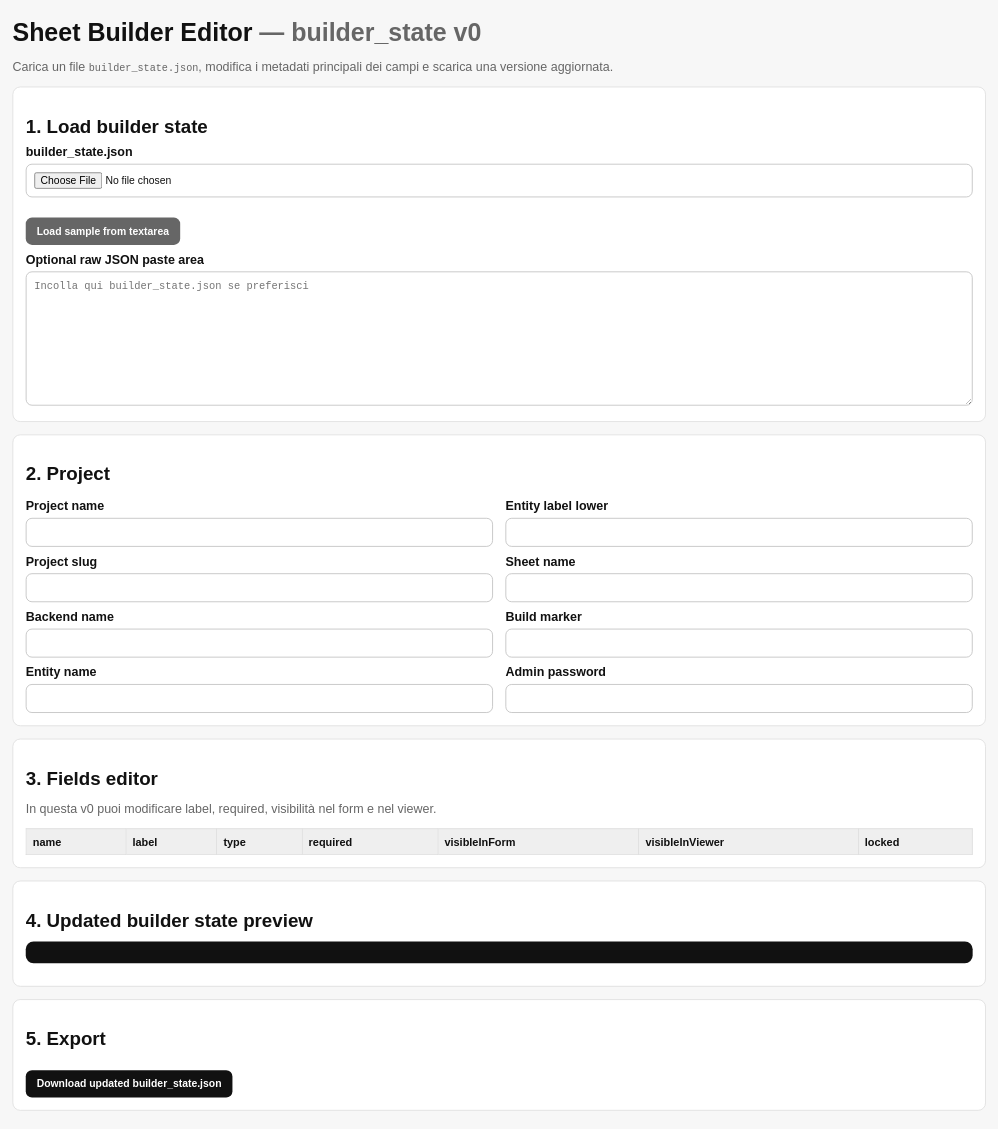
Repository: progettazionemauro/sheets.builder
Page: docs/builder.html
An editor plug-in stored every save of this project. The page is shown before and after a run of saves, followed by the edit.
The browser window is 1280 px wide. The pictures show the whole page, at 78% of full size.

Above is the page before, as saved 2026-04-13 19:21:34.

### docs/builder.html
<!doctype html>
<html lang="it">
<head>
  <meta charset="utf-8" />
  <meta name="viewport" content="width=device-width, initial-scale=1" />
  <title>Sheet Builder Editor</title>
  <style>
    body {
      font-family: Arial, sans-serif;
      max-width: 1280px;
      margin: 24px auto;
      padding: 0 16px;
      background: #f7f7f7;
      color: #111;
    }

    h1, h2, h3 {
      margin-bottom: 8px;
    }

    .muted {
      color: #666;
    }

    .card {
      background: #fff;
      border: 1px solid #ddd;
      border-radius: 10px;
      padding: 16px;
      margin: 16px 0;
    }

    label {
      display: block;
      margin: 10px 0 6px;
      font-weight: bold;
    }

    input, textarea, select {
      width: 100%;
      box-sizing: border-box;
      padding: 10px;
      border: 1px solid #bbb;
      border-radius: 8px;
      background: #fff;
    }

    button {
      margin-top: 14px;
      padding: 10px 14px;
      border: 0;
      border-radius: 8px;
      background: #111;
      color: #fff;
      font-weight: bold;
      cursor: pointer;
    }

    button.secondary {
      background: #666;
    }

    button:disabled {
      opacity: .6;
      cursor: not-allowed;
    }

    .grid {
      display: grid;
      grid-template-columns: 1fr 1fr;
      gap: 16px;
    }

    .actions {
      display: flex;
      gap: 10px;
      flex-wrap: wrap;
      margin-top: 12px;
      align-items: center;
    }

    pre {
      background: #111;
      color: #d8ffd8;
      padding: 14px;
      border-radius: 10px;
      overflow: auto;
      white-space: pre-wrap;
    }

    table {
      width: 100%;
      border-collapse: collapse;
      margin-top: 10px;
      background: #fff;
    }

    th, td {
      border: 1px solid #ddd;
      padding: 8px;
      font-size: 14px;
      text-align: left;
      vertical-align: top;
    }

    th {
      background: #efefef;
    }

    .readonly-cell {
      background: #f3f3f3;
      color: #666;
    }

    .tiny {
      font-size: 12px;
      color: #666;
      line-height: 1.4;
    }

    .ok {
      color: #0a6;
      font-weight: bold;
    }

    .err {
      color: #b00;
      font-weight: bold;
    }
  </style>
</head>
<body>

  <h1>Sheet Builder Editor <span class="muted">— builder_state v0</span></h1>
  <p class="muted">
    Carica un file <code>builder_state.json</code>, modifica i metadati principali dei campi e scarica una versione aggiornata.
  </p>

  <div class="card">
    <h2>1. Load builder state</h2>

    <label for="fileInput">builder_state.json</label>
    <input id="fileInput" type="file" accept=".json,application/json" />

    <div class="actions">
      <button id="loadSampleBtn" type="button" class="secondary">Load sample from textarea</button>
      <span id="loadStatus" class="muted"></span>
    </div>

    <label for="rawJsonInput">Optional raw JSON paste area</label>
    <textarea id="rawJsonInput" rows="10" placeholder='Incolla qui builder_state.json se preferisci'></textarea>
  </div>

    <div class="card">
    <h2>2. Project</h2>

    <div class="grid">
      <div>
        <label for="projectName">Project name</label>
        <input id="projectName" />

        <label for="projectSlug">Project slug</label>
        <input id="projectSlug" />

        <label for="backendName">Backend name</label>
        <input id="backendName" />

        <label for="entityName">Entity name</label>
        <input id="entityName" />
      </div>

      <div>
        <label for="entityLabelLower">Entity label lower</label>
        <input id="entityLabelLower" />

        <label for="sheetName">Sheet name</label>
        <input id="sheetName" />

        <label for="buildMarker">Build marker</label>
        <input id="buildMarker" />

        <label for="adminPassword">Admin password</label>
        <input id="adminPassword" />
      </div>
    </div>
  </div>

  <div class="card">
    <h2>3. Fields editor</h2>
    <p class="muted">
      In questa v0 puoi modificare label, required, visibilità nel form e nel viewer.
    </p>

    <table id="fieldsTable">
      <thead>
        <tr>
          <th>name</th>
          <th>label</th>
          <th>type</th>
          <th>required</th>
          <th>visibleInForm</th>
          <th>visibleInViewer</th>
          <th>locked</th>
        </tr>
      </thead>
      <tbody></tbody>
    </table>
  </div>

  <div class="card">
    <h2>4. Updated builder state preview</h2>
    <pre id="stateOut"></pre>
  </div>

  <div class="card">
    <h2>5. Export</h2>
    <div class="actions">
      <button id="downloadBtn" type="button">Download updated builder_state.json</button>
      <span id="downloadStatus" class="muted"></span>
    </div>
  </div>

<script>
  let builderState = null;

  function setStatus(id, msg, cls = "muted") {
    const el = document.getElementById(id);
    el.textContent = msg;
    el.className = cls;
  }

  function deepClone(obj) {
    return JSON.parse(JSON.stringify(obj));
  }

  function normalizeBool(value) {
    return value === true;
  }

  function ensureBuilderStateShape(state) {
    if (!state || typeof state !== "object") {
      throw new Error("JSON non valido: root non oggetto");
    }

    if (!state.project || typeof state.project !== "object") {
      state.project = {};
    }

    if (!Array.isArray(state.fields)) {
      state.fields = [];
    }

    if (!state.constraints || typeof state.constraints !== "object") {
      state.constraints = {};
    }

    if (!state.enums || typeof state.enums !== "object") {
      state.enums = {};
    }

    if (!state.enumStyles || typeof state.enumStyles !== "object") {
      state.enumStyles = {};
    }

    if (!state.lists || typeof state.lists !== "object") {
      state.lists = {};
    }

    if (!state.options || typeof state.options !== "object") {
      state.options = {};
    }

    state.fields = state.fields.map(field => {
      const f = { ...field };
      f.name = String(f.name || "").trim();
      f.label = String(f.label || f.name || "").trim();
      f.type = String(f.type || "string").trim();
      f.required = normalizeBool(f.required);
      f.computed = normalizeBool(f.computed);
      f.visibleInForm = normalizeBool(f.visibleInForm);
      f.visibleInViewer = normalizeBool(f.visibleInViewer);
      f.locked = normalizeBool(f.locked);
      if (!Array.isArray(f.enumValues)) f.enumValues = [];
      return f;
    });

    recomputeListsFromFields(state);
    return state;
  }

  function recomputeListsFromFields(state) {
    const headers = [];
    const requiredOnInsert = [];
    const optionalOnInsert = [];
    const computed = [];
    const visibleInForm = [];
    const visibleInViewer = [];
    const enums = {};
    const enumStyles = state.enumStyles || {};

    for (const field of state.fields) {
      headers.push(field.name);

      if (field.computed) {
        computed.push(field.name);
      } else if (field.required) {
        requiredOnInsert.push(field.name);
      } else {
        optionalOnInsert.push(field.name);
      }

      if (field.visibleInForm) {
        visibleInForm.push(field.name);
      }

      if (field.visibleInViewer) {
        visibleInViewer.push(field.name);
      }

      if (field.type === "enum" && Array.isArray(field.enumValues) && field.enumValues.length) {
        enums[field.name] = field.enumValues.slice();
      }

      if (field.type === "enum" && enumStyles[field.name] && !field.enumStyles) {
        field.enumStyles = enumStyles[field.name];
      }
    }

    state.enums = enums;
    state.lists = {
      headers,
      requiredOnInsert,
      optionalOnInsert,
      computed,
      visibleInForm,
      visibleInViewer
    };
  }

  function renderProject() {
    const p = builderState.project || {};
    document.getElementById("projectName").value = p.projectName || "";
    document.getElementById("projectSlug").value = p.projectSlug || "";
    document.getElementById("backendName").value = p.backendName || "";
    document.getElementById("entityName").value = p.entityName || "";
    document.getElementById("entityLabelLower").value = p.entityLabelLower || "";
    document.getElementById("sheetName").value = p.sheetName || "";
    document.getElementById("buildMarker").value = p.buildMarker || "";
    document.getElementById("adminPassword").value = p.adminPassword || "";
  }

  function renderFieldsTable() {
    const tbody = document.querySelector("#fieldsTable tbody");
    tbody.innerHTML = "";

    builderState.fields.forEach((field, idx) => {
      const tr = document.createElement("tr");

      tr.innerHTML = `
        <td class="${field.locked ? "readonly-cell" : ""}">
          <input data-key="name" data-index="${idx}" value="${escapeHtml(field.name)}" ${field.locked ? "readonly" : ""} />
        </td>
        <td>
          <input data-key="label" data-index="${idx}" value="${escapeHtml(field.label || "")}" />
        </td>
        <td class="${field.locked ? "readonly-cell" : ""}">
          <input data-key="type" data-index="${idx}" value="${escapeHtml(field.type)}" ${field.locked ? "readonly" : ""} />
        </td>
        <td>
          <select data-key="required" data-index="${idx}" ${field.computed ? "disabled" : ""}>
            <option value="false" ${field.required ? "" : "selected"}>NO</option>
            <option value="true" ${field.required ? "selected" : ""}>YES</option>
          </select>
        </td>
        <td>
          <select data-key="visibleInForm" data-index="${idx}" ${field.computed ? "disabled" : ""}>
            <option value="false" ${field.visibleInForm ? "" : "selected"}>NO</option>
            <option value="true" ${field.visibleInForm ? "selected" : ""}>YES</option>
          </select>
        </td>
        <td>
          <select data-key="visibleInViewer" data-index="${idx}">
            <option value="false" ${field.visibleInViewer ? "" : "selected"}>NO</option>
            <option value="true" ${field.visibleInViewer ? "selected" : ""}>YES</option>
          </select>
        </td>
        <td class="readonly-cell">${field.locked ? "YES" : "NO"}</td>
      `;

      tbody.appendChild(tr);
    });

    bindFieldEvents();
  }

  function bindFieldEvents() {
    document.querySelectorAll("[data-key]").forEach(el => {
      const key = el.dataset.key;
      const idx = Number(el.dataset.index);
      const field = builderState.fields[idx];

      if (el.tagName === "INPUT") {
        el.addEventListener("input", () => {
          field[key] = el.value;
          recomputeListsFromFields(builderState);
          renderPreviewOnly();
        });
        return;
      }

      if (el.tagName === "SELECT") {
        el.addEventListener("change", () => {
          field[key] = el.value === "true";

          if (key === "required" && field.computed) {
            field.required = false;
          }

          if (key === "visibleInForm" && field.computed) {
            field.visibleInForm = false;
          }

          recomputeListsFromFields(builderState);
          renderPreviewOnly();
        });
      }
    });
  }

  function bindProjectEvents() {
    const mapping = [
      "projectName",
      "projectSlug",
      "backendName",
      "entityName",
      "entityLabelLower",
      "sheetName",
      "buildMarker",
      "adminPassword"
    ];

    mapping.forEach(key => {
      const el = document.getElementById(key);
      el.addEventListener("input", () => {
        builderState.project[key] = el.value;
        renderPreviewOnly();
      });
    });
  }

  function renderPreviewOnly() {
    document.getElementById("stateOut").textContent =
      JSON.stringify(builderState, null, 2);
  }

  function renderAll() {
    renderProject();
    renderFieldsTable();
    renderPreviewOnly();
  }

  function escapeHtml(value) {
    return String(value ?? "")
      .replace(/&/g, "&amp;")
      .replace(/</g, "&lt;")
      .replace(/>/g, "&gt;")
      .replace(/"/g, "&quot;");
  }

  async function loadFromFile(file) {
    const text = await file.text();
    const parsed = JSON.parse(text);
    builderState = ensureBuilderStateShape(parsed);
    renderAll();
    setStatus("loadStatus", "builder_state.json caricato", "ok");
  }

  document.getElementById("fileInput").addEventListener("change", async (e) => {
    const file = e.target.files && e.target.files[0];
    if (!file) return;

    try {
      await loadFromFile(file);
    } catch (err) {
      setStatus("loadStatus", "Errore: " + err.message, "err");
    }
  });

  document.getElementById("loadSampleBtn").addEventListener("click", () => {
    try {
      const raw = document.getElementById("rawJsonInput").value.trim();
      if (!raw) throw new Error("Area JSON vuota");

      const parsed = JSON.parse(raw);
      builderState = ensureBuilderStateShape(parsed);
      renderAll();
      setStatus("loadStatus", "JSON incollato caricato", "ok");
    } catch (err) {
      setStatus("loadStatus", "Errore: " + err.message, "err");
    }
  });

  document.getElementById("downloadBtn").addEventListener("click", () => {
    try {
      if (!builderState) throw new Error("Nessun builder_state caricato");

      const blob = new Blob(
        [JSON.stringify(builderState, null, 2)],
        { type: "application/json" }
      );

      const a = document.createElement("a");
      a.href = URL.createObjectURL(blob);
      a.download = "builder_state.updated.json";
      document.body.appendChild(a);
      a.click();
      document.body.removeChild(a);
      URL.revokeObjectURL(a.href);

      setStatus("downloadStatus", "builder_state.updated.json generato", "ok");
    } catch (err) {
      setStatus("downloadStatus", "Errore: " + err.message, "err");
    }
  });

  bindProjectEvents();
</script>

</body>
</html>

After the next 2 saves:
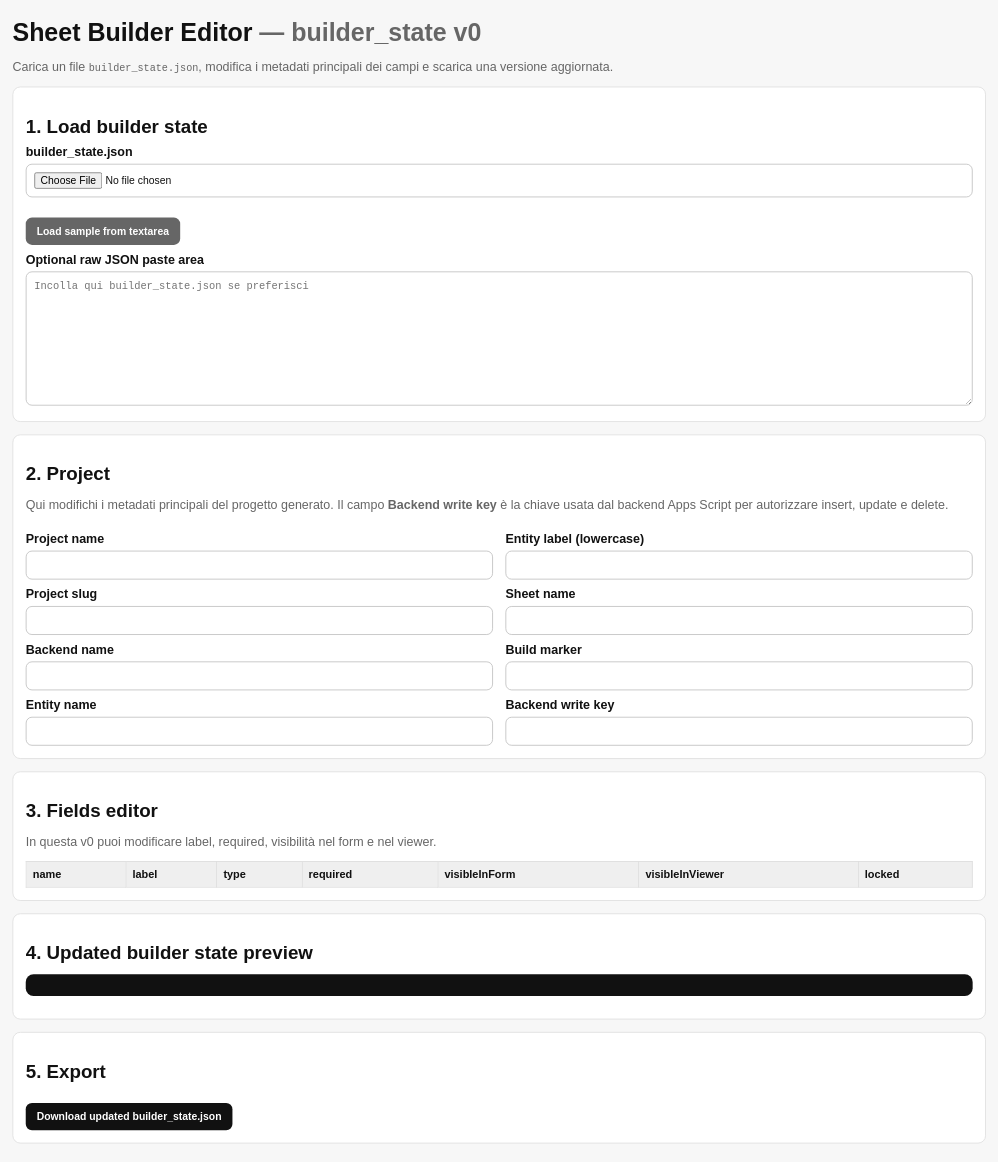
The 2 saves are shown as one change because they came seconds apart.
The last was saved 24 s later.
--- a/docs/builder.html
+++ b/docs/builder.html
@@ -153,6 +153,10 @@
 
     <div class="card">
     <h2>2. Project</h2>
+    <p class="muted">
+      Qui modifichi i metadati principali del progetto generato. Il campo <b>Backend write key</b>
+      è la chiave usata dal backend Apps Script per autorizzare insert, update e delete.
+    </p>
 
     <div class="grid">
       <div>
@@ -170,7 +174,7 @@
       </div>
 
       <div>
-        <label for="entityLabelLower">Entity label lower</label>
+        <label for="entityLabelLower">Entity label (lowercase)</label>
         <input id="entityLabelLower" />
 
         <label for="sheetName">Sheet name</label>
@@ -179,7 +183,7 @@
         <label for="buildMarker">Build marker</label>
         <input id="buildMarker" />
 
-        <label for="adminPassword">Admin password</label>
+        <label for="adminPassword">Backend write key</label>
         <input id="adminPassword" />
       </div>
     </div>
